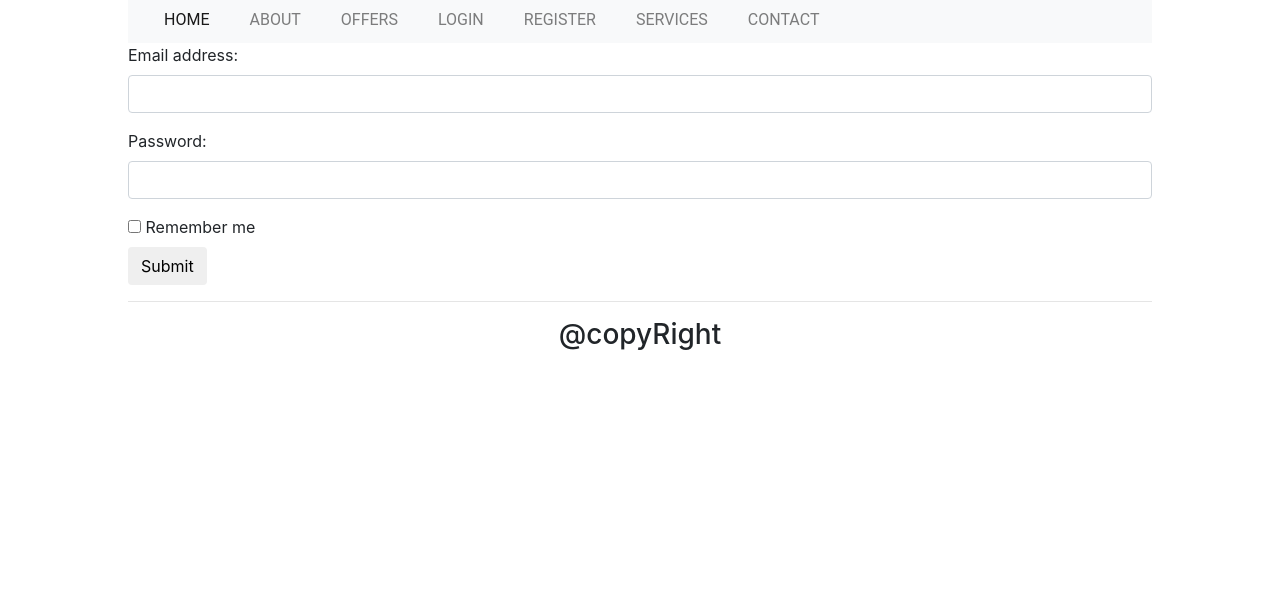
Repository: Karthi-Mano/AdvanceJavaPrograms
Page: http://localhost/BigBasketWebDemo/loginapge.jsp
An editor plug-in stored every save of this project. The page is shown before and after the next save, followed by the edit.
The browser window is 1280 px wide. The pictures show the whole page.
The page is served by Tomcat 9.

Above is the page before, as saved 2018-08-14 06:54:45.

After the next save:
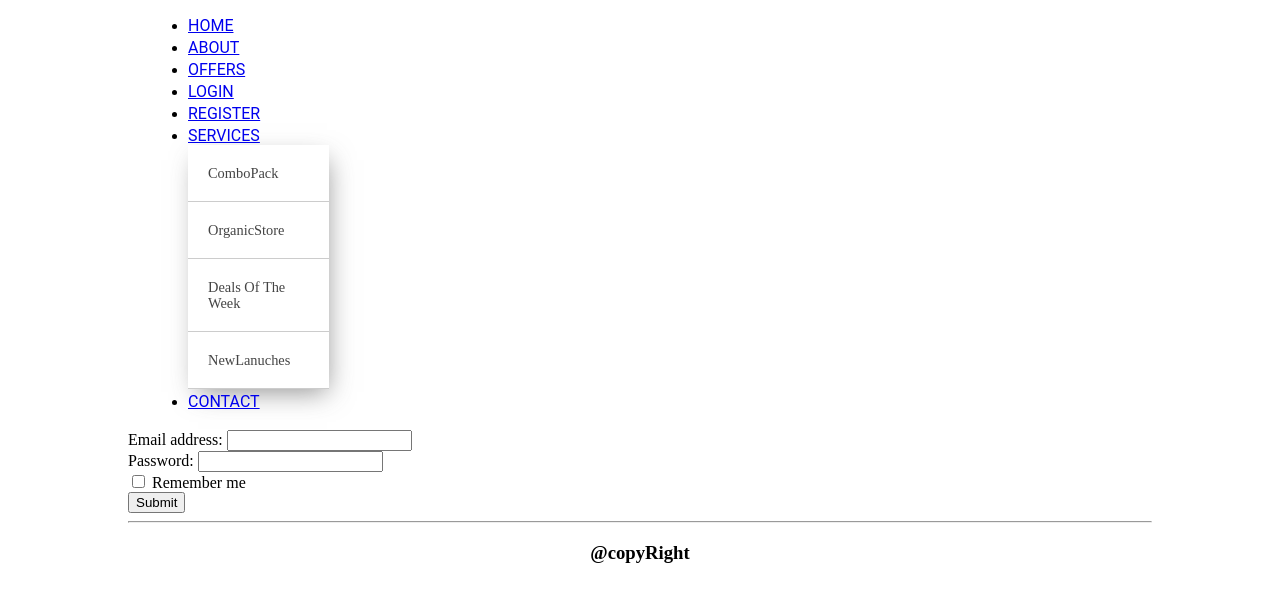
Saved 2 days later.
--- a/BigBasketWebDemo/WebContent/header.jsp
+++ b/BigBasketWebDemo/WebContent/header.jsp
@@ -5,10 +5,11 @@
 <head>
 <meta http-equiv="Content-Type" content="text/html; charset=ISO-8859-1">
 <title>Insert title here</title>
- <link rel="stylesheet" href="https://maxcdn.bootstrapcdn.com/bootstrap/4.1.3/css/bootstrap.min.css">
+<!--  <link rel="stylesheet" href="https://maxcdn.bootstrapcdn.com/bootstrap/4.1.3/css/bootstrap.min.css">
   <script src="https://ajax.googleapis.com/ajax/libs/jquery/3.3.1/jquery.min.js"></script>
   <script src="https://cdnjs.cloudflare.com/ajax/libs/popper.js/1.14.3/umd/popper.min.js"></script>
-  <script src="https://maxcdn.bootstrapcdn.com/bootstrap/4.1.3/js/bootstrap.min.js"></script>
+  <script src="https://maxcdn.bootstrapcdn.com/bootstrap/4.1.3/js/bootstrap.min.js"></script> -->
+
   <link rel="stylesheet" type="text/css" href="headerpage.css"/>
 </head>
 <body>

After the 2 saves that followed:
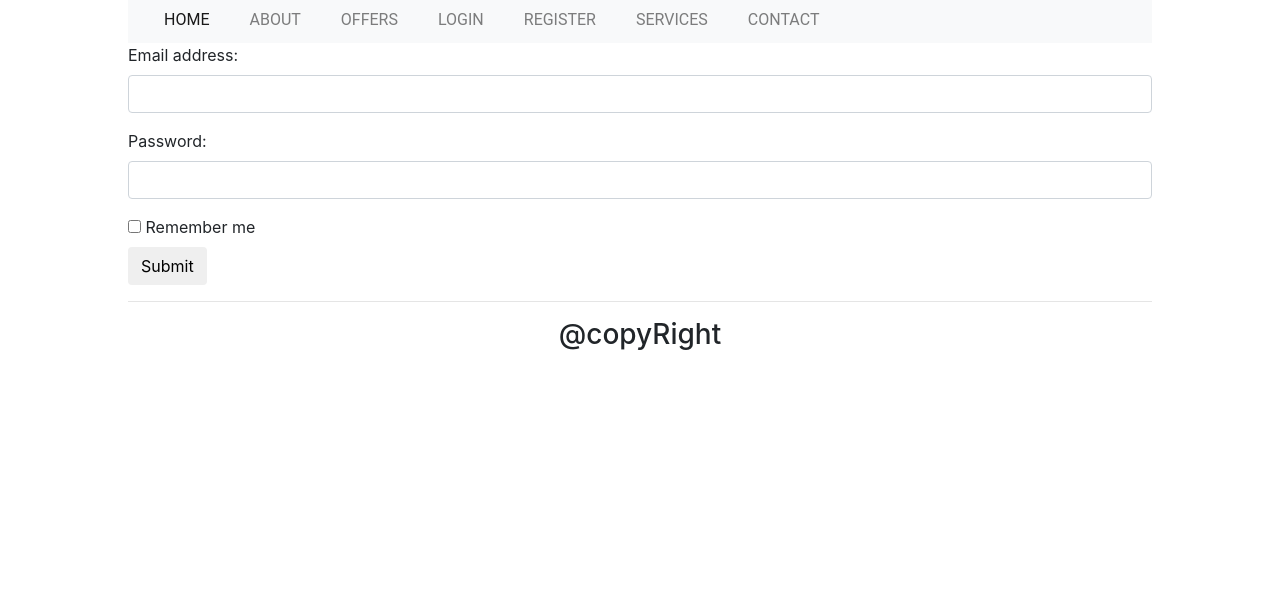
The 2 saves are shown as one change because they came seconds apart.
The last was saved 55 s later.
--- a/BigBasketWebDemo/WebContent/header.jsp
+++ b/BigBasketWebDemo/WebContent/header.jsp
@@ -9,7 +9,7 @@
   <script src="https://ajax.googleapis.com/ajax/libs/jquery/3.3.1/jquery.min.js"></script>
   <script src="https://cdnjs.cloudflare.com/ajax/libs/popper.js/1.14.3/umd/popper.min.js"></script>
   <script src="https://maxcdn.bootstrapcdn.com/bootstrap/4.1.3/js/bootstrap.min.js"></script> -->
-
+  <link rel="stylesheet" href="css/bootstrap.min.css"/>
   <link rel="stylesheet" type="text/css" href="headerpage.css"/>
 </head>
 <body>
